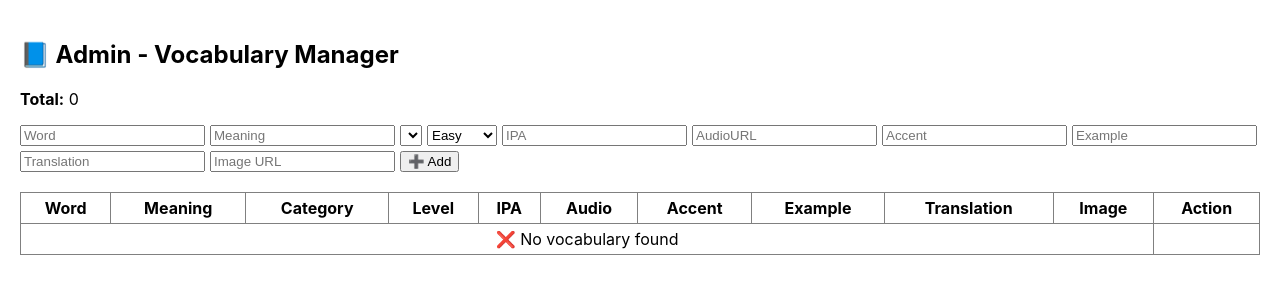
Repository: Vu-Tien-Duc/LearnEnglish-with-API
Page: /admin/vocabulary
An editor plug-in stored every save of this project. The page is shown before and after the next save, followed by the edit.
The browser window is 1280 px wide. The pictures show the whole page.
The page's requests for data from a server got no answer. The project was rebuilt for these pictures with package versions that can differ from the ones it lists, and the page was loaded fresh each time. No one was signed in, and anything a server would have sent is missing.

Above is the page before, as saved 2026-03-20 15:27:12.

### src/App.js
import VocabularyManager from "./pages/admin/VocabularyManager";

function App() {
  return (
    <div>
      <VocabularyManager />
    </div>
  );
}

export default App;

### src/pages/admin/VocabularyManager.jsx
import { useEffect, useState } from "react";
import API from "../../services/api";

function VocabularyManager() {
  const [vocabList, setVocabList] = useState([]);
  const [categories, setCategories] = useState([]);
  const [loading, setLoading] = useState(false);
  const [editingWordID, setEditingWordID] = useState(null);
  const [form, setForm] = useState({
    Word: "",
    Meaning: "",
    CategoryID: 1,
    DifficultyLevel: 1,
    IPA: "",
    AudioURL: "",
    Accent: "",
    ExampleSentence: "",
    Translation: ""
  });

  // ================= Fetch Data =================
  const fetchData = async () => {
    setLoading(true);
    try {
      const res = await API.get("/");
      let data = res.data;
      if (typeof data === "string") data = JSON.parse(data);
      if (!Array.isArray(data)) data = [];
      setVocabList(data);
    } catch (err) {
      console.error(err);
      setVocabList([]);
    } finally {
      setLoading(false);
    }
  };

  // ================= Fetch Categories =================
  const fetchCategories = async () => {
    try {
      const res = await API.get("/categories");
      setCategories(res.data);
      if (res.data.length > 0) {
        setForm((prev) => ({ ...prev, CategoryID: res.data[0].CategoryID }));
      }
    } catch (err) {
      console.error("Error fetching categories:", err);
    }
  };

  useEffect(() => {
    fetchCategories();
    fetchData();
  }, []);

  // ================= Add =================
  const handleSubmit = async () => {
  try {
    if (editingWordID) {
      // ================== UPDATE ==================
      await API.put(`/${editingWordID}`, form);
      setEditingWordID(null); // reset edit mode
    } else {
      // ================== ADD ==================
      await API.post("/", form);
    }
    fetchData();
    setForm({
      Word: "",
      Meaning: "",
      CategoryID: categories[0]?.CategoryID || 1,
      DifficultyLevel: 1,
      IPA: "",
      AudioURL: "",
      Accent: "",
      ExampleSentence: "",
      Translation: "",
      ImageURL: ""
    });
  } catch (err) {
    console.error(err);
  }
};

  // ================= Delete =================
  const handleDelete = async (id) => {
    try {
      await API.delete(`/${id}`);
      fetchData();
    } catch (err) {
      console.error(err);
    }
  };
   // ================= Edit =================
  const handleEdit = (item) => {
  setEditingWordID(item.WordID);
  setForm({
    Word: item.Word,
    Meaning: item.Meaning,
    CategoryID: item.CategoryID || categories[0]?.CategoryID,
    DifficultyLevel: item.DifficultyLevel,
    IPA: item.IPA || "",
    AudioURL: item.AudioURL || "",
    Accent: item.Accent || "",
    ExampleSentence: item.ExampleSentence || "",
    Translation: item.Translation || ""
  });
};
  // ================= Helper Audio =================
  const getFullAudioURL = (url) => {
    if (!url) return null;
    if (url.startsWith("http")) return url;
    if (url.startsWith("/")) return `http://127.0.0.1:5000${url}`;
    return `http://127.0.0.1:5000/${url}`;
  };

  // ================= Render =================
  return (
    <div style={{ padding: "20px" }}>
      <h2>📘 Admin - Vocabulary Manager</h2>
      {loading && <p>Loading...</p>}
      <p><b>Total:</b> {vocabList.length}</p>

      {/* ================= Form ================= */}
      <div style={{ marginBottom: "20px", display: "flex", flexWrap: "wrap", gap: "5px" }}>
        <input
          placeholder="Word"
          value={form.Word}
          onChange={(e) => setForm({ ...form, Word: e.target.value })}
        />

        <input
          placeholder="Meaning"
          value={form.Meaning}
          onChange={(e) => setForm({ ...form, Meaning: e.target.value })}
        />

        {/* Select CategoryName */}
        <select
          value={form.CategoryID}
          onChange={(e) => setForm({ ...form, CategoryID: parseInt(e.target.value) })}
        >
          {categories.map((cat) => (
            <option key={cat.CategoryID} value={cat.CategoryID}>
              {cat.CategoryName}
            </option>
          ))}
        </select>

        {/* Difficulty Level */}
        <select
          value={form.DifficultyLevel}
          onChange={(e) => setForm({ ...form, DifficultyLevel: parseInt(e.target.value) })}
        >
          <option value={1}>Easy</option>
          <option value={2}>Medium</option>
          <option value={3}>Hard</option>
        </select>

        <input
          placeholder="IPA"
          value={form.IPA}
          onChange={(e) => setForm({ ...form, IPA: e.target.value })}
        />

        <input
          placeholder="AudioURL"
          value={form.AudioURL}
          onChange={(e) => setForm({ ...form, AudioURL: e.target.value })}
        />

        <input
          placeholder="Accent"
          value={form.Accent}
          onChange={(e) => setForm({ ...form, Accent: e.target.value })}
        />

        <input
          placeholder="Example"
          value={form.ExampleSentence}
          onChange={(e) => setForm({ ...form, ExampleSentence: e.target.value })}
        />

        <input
          placeholder="Translation"
          value={form.Translation}
          onChange={(e) => setForm({ ...form, Translation: e.target.value })}
        />
        <input
          placeholder="Image URL"
          value={form.ImageURL || ""}
          onChange={(e) => setForm({ ...form, ImageURL: e.target.value })}
        />

       <button onClick={handleSubmit}>
        {editingWordID ? "✅ Update" : "➕ Add"}
       </button>
      </div>

      {/* ================= Table ================= */}
      <table border="1" cellPadding="5" style={{ borderCollapse: "collapse", width: "100%" }}>
        <thead>
          <tr>
            <th>Word</th>
            <th>Meaning</th>
            <th>Category</th>
            <th>Level</th>
            <th>IPA</th>
            <th>Audio</th>
            <th>Accent</th>
            <th>Example</th>
            <th>Translation</th>
            <th>Image</th>
            <th>Action</th>
          </tr>
        </thead>
        <tbody>
          {vocabList.length === 0 ? (
            <tr>
              <td colSpan={10} style={{ textAlign: "center" }}>❌ No vocabulary found</td>
            </tr>
          ) : (
            vocabList.map((item) => (
              <tr key={item.WordID}>
                <td>{item.Word}</td>
                <td>{item.Meaning}</td>
                <td>{item.CategoryName}</td>
                <td>{item.DifficultyLevel}</td>
                <td>{item.IPA}</td>
                <td>
                  {item.AudioURL ? (
                    <audio controls>
                      <source src={getFullAudioURL(item.AudioURL)} type="audio/mpeg" />
                    </audio>
                  ) : "N/A"}
                </td>
                <td>{item.Accent}</td>
                <td>{item.ExampleSentence}</td>
                <td>{item.Translation}</td>
               <input
                  type="file"
                  accept="image/*"
                  onChange={async (e) => {
                    const file = e.target.files[0];
                    if (!file) return;

                    const formData = new FormData();
                    formData.append("image", file);

                    try {
                      const res = await API.post("/upload-image", formData, {
                        headers: { "Content-Type": "multipart/form-data" }
                      });
                      // Lấy url trả về để lưu vào form.ImageURL
                      setForm((prev) => ({ ...prev, ImageURL: res.data.url }));
                    } catch (err) {
                      console.error("Upload lỗi:", err);
                    }
                  }}
                />
               <td>
                 <button onClick={() => handleEdit(item)}>✏️ Edit</button>
                 <button onClick={() => handleDelete(item.WordID)}>🗑 Delete</button>
               </td>
              </tr>
            ))
          )}
        </tbody>
      </table>
    </div>
  );
}

export default VocabularyManager;

### src/services/api.js
import axios from "axios";

const API = axios.create({
  baseURL: "http://localhost:5000/api/admin/vocabulary"
});

export default API;

Loaded but not shown: public/index.html (common file); src/index.js (common file); src/index.css (common file); src/reportWebVitals.js (common file)

After the next save:
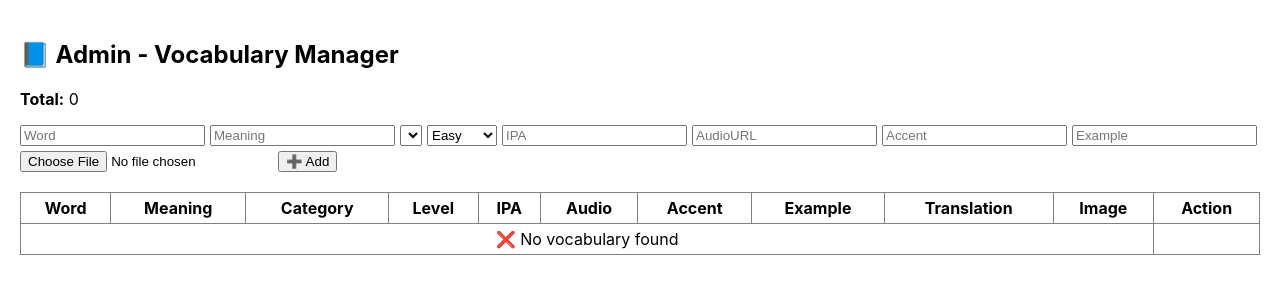
Saved 54 s later.
--- a/src/pages/admin/VocabularyManager.jsx
+++ b/src/pages/admin/VocabularyManager.jsx
@@ -181,15 +181,26 @@ function VocabularyManager() {
           onChange={(e) => setForm({ ...form, ExampleSentence: e.target.value })}
         />
 
-        <input
-          placeholder="Translation"
-          value={form.Translation}
-          onChange={(e) => setForm({ ...form, Translation: e.target.value })}
-        />
-        <input
-          placeholder="Image URL"
-          value={form.ImageURL || ""}
-          onChange={(e) => setForm({ ...form, ImageURL: e.target.value })}
+       <input
+          type="file"
+          accept="image/*"
+          onChange={async (e) => {
+            const file = e.target.files[0];
+            if (!file) return;
+
+            const formData = new FormData();
+            formData.append("image", file);
+
+            try {
+              const res = await API.post("/upload-image", formData, {
+                headers: { "Content-Type": "multipart/form-data" }
+              });
+              // Lấy url trả về để lưu vào form.ImageURL
+              setForm((prev) => ({ ...prev, ImageURL: res.data.url }));
+            } catch (err) {
+              console.error("Upload lỗi:", err);
+            }
+          }}
         />
 
        <button onClick={handleSubmit}>
@@ -237,27 +248,11 @@ function VocabularyManager() {
                 <td>{item.Accent}</td>
                 <td>{item.ExampleSentence}</td>
                 <td>{item.Translation}</td>
-               <input
-                  type="file"
-                  accept="image/*"
-                  onChange={async (e) => {
-                    const file = e.target.files[0];
-                    if (!file) return;
-
-                    const formData = new FormData();
-                    formData.append("image", file);
-
-                    try {
-                      const res = await API.post("/upload-image", formData, {
-                        headers: { "Content-Type": "multipart/form-data" }
-                      });
-                      // Lấy url trả về để lưu vào form.ImageURL
-                      setForm((prev) => ({ ...prev, ImageURL: res.data.url }));
-                    } catch (err) {
-                      console.error("Upload lỗi:", err);
-                    }
-                  }}
-                />
+               <td>
+                  {item.ImageURL ? (
+                    <img src={`http://127.0.0.1:5000${item.ImageURL}`} alt={item.Word} width="50" />
+                  ) : "N/A"}
+                </td>
                <td>
                  <button onClick={() => handleEdit(item)}>✏️ Edit</button>
                  <button onClick={() => handleDelete(item.WordID)}>🗑 Delete</button>
